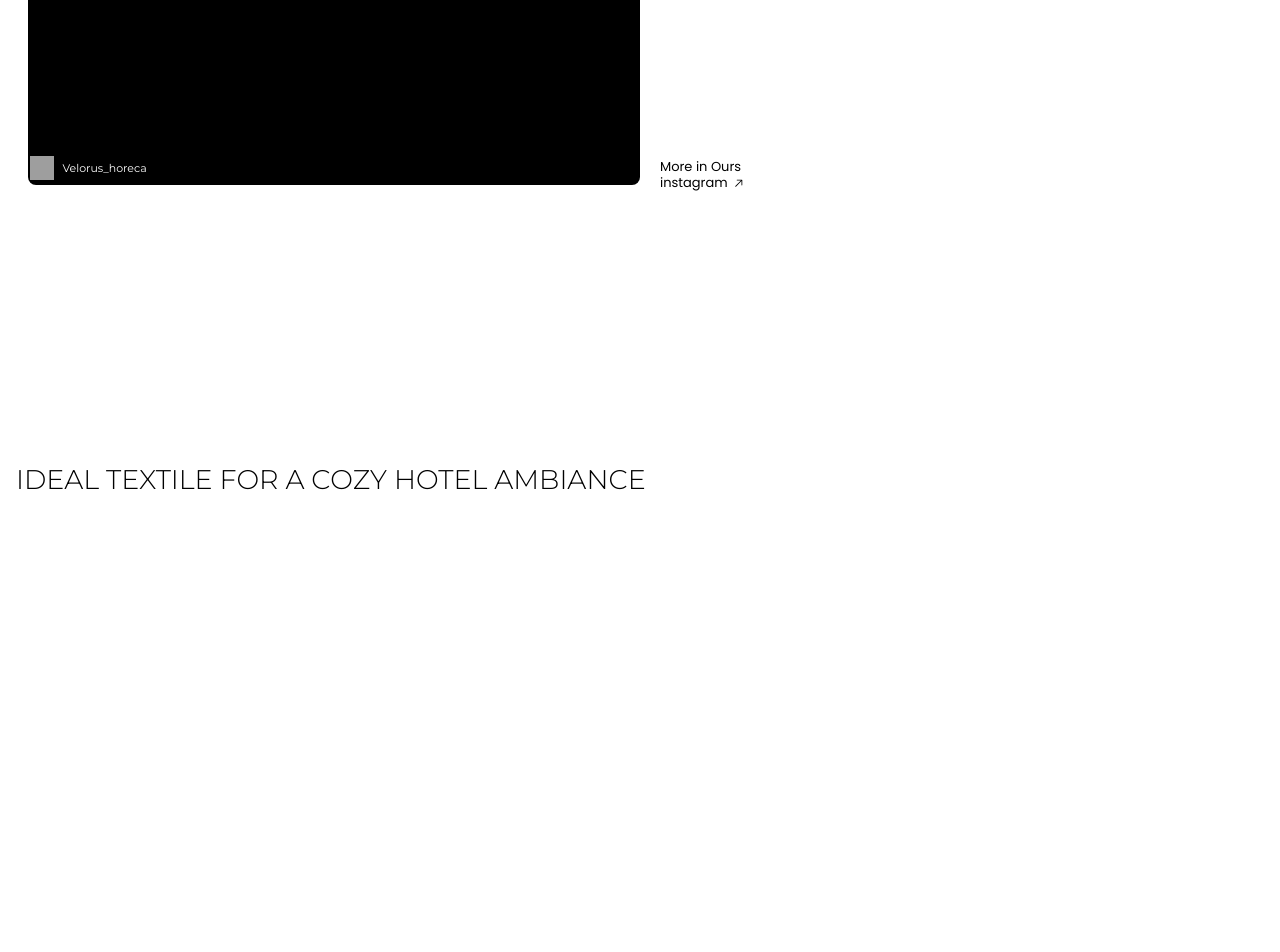
Repository: nikhilsinghrathore1/Shery_02
Page: /
The author's editor kept a copy of each file at every save. The page is drawn from the files as they stood at one save, then again after the next save.
The browser window is 1280 px wide. The pictures show the part of the page from y = 3284 to 4236 px (the page is 5544 px tall).
Pictures or frames that could not be fetched are drawn as grey boxes. The project was rebuilt for these pictures with package versions that can differ from the ones it lists, and the page was loaded fresh each time. Also part of the build but not shown: vite.config.js.

Above is the page before, as saved 2024-07-18 03:06:45.

### src/App.jsx
import { useState } from 'react'
import reactLogo from './assets/react.svg'
import viteLogo from '/vite.svg'
import './App.css'
import Landing from './pages/Landing'

function App() {
  const [count, setCount] = useState(0)

  return (
    <>
      <Landing/>
    </>
  )
}

export default App

### src/App.css
@font-face {
  font-family: font1;
  src: url("../public/6624dc4c3f39ffabcd0dc162_Montserrat-VariableFont_wght.ttf");
}
@font-face {
  font-family: font2;
  src: url("../public/CircularXXWeb-Book\ \(1\).ttf");
}
@font-face {
  font-family: font3;
  src: url("../public/JTUQjIg1_i6t8kCHKm459WxRyS7m0dR9pA.ttf");
}
@font-face {
  font-family: font4;
  src: url("../public/JTUSjIg1_i6t8kCHKm459WlhyyTh89Y.ttf");
}
@font-face {
  font-family: font5;
  src: url("../public/pxiEyp8kv8JHgFVrJJfecnFHGPc.ttf");
}

.f1{
  font-family: font1;
}
.f2{
  font-family: font2;
}
.f3{
  font-family: font3;
}
.f4{
  font-family: font4;
}
.f5{
  font-family: font5;
}

### src/pages/Landing.jsx
import React from 'react'
import MoreInsta from '../components/MoreInsta'
import Nav from '../components/Nav'
import SingleHero from '../components/SingleHero'
import VideoCont from '../components/VideoCont'

const Landing = () => {
  return (
    <div className='w-full overflow-hidden'>
               {/* this is the first image gallery part */}
               <div className='w-full h-[400vh] relative '>
               <Nav/>
               <SingleHero img={"https://cdn.prod.website-files.com/6613fb0aff6a7761bf9a817d/66267f01781250e3c4f8ed19_hero-01-p-1080.webp"} text={"hotel"}/>
               <SingleHero img={"https://cdn.prod.website-files.com/6613fb0aff6a7761bf9a817d/66267f00e43626f944ce0076_hero-02-p-1080.webp"} text={"restaurant"}/>
               <SingleHero img={"https://cdn.prod.website-files.com/6613fb0aff6a7761bf9a817d/66267f011d36d94902bbbcd3_hero-03-p-1080.webp"} text={"catering"}/>
               <SingleHero img={"https://cdn.prod.website-files.com/6613fb0aff6a7761bf9a817d/66267f0015a49ebd0cb05e50_hero-04-p-1080.webp"} text={"+automative"}/>
               </div>

               {/* this is the second text wala part  */}

               <div className='w-full  h-[120vh] px-4 pt-32 leading-[42px]'>
                              {/* this is the variable weight text */}
                              <div className='w-full f4 text-[32px] font-semibold text-black uppercase h-fit'>
                                             <p><span className='pl-44'>full</span> responsibility from project to implementation.</p>
                              </div>

                              <div className='f4 text-[13px] font-semibold mt-10 leading-none'>
                                             <p>More about us</p>
                                             <p className='mt-3 leading-[16px] font-semibold'>The textile production Velours HoReCa was founded in Lviv in 2005. <span className='opacity-60'>Our activity is focused on professionally outfitting the interiors of hotels, restaurants, cafes, and bars with textile products.</span></p>
                              </div>

                              <div className='w-full flex h-[50vh] mt-12 '>
                                             <div className='w-1/2 h-full flex justify-end pt-3'>
                                                            <VideoCont/>
                                             </div>
                                             <div className='w-1/2 h-full flex flex-col justify-between pl-3 pb-16 f5 font-light'>

                                                            <div className='w-full leading-[17px]  text-[13px]'>
                                                                           <p>With extensive experience in the Horeca sector - 18 years </p>
                                                                           <p className='opacity-70'>[as of 2024]</p>

                                                                           <div className='border-y-[1px] border-black/20 py-1 mt-3'>
                                                                                          <p>We offer both warranty and post-warranty servicing.</p>
                                                                           </div>
                                                            </div>

                                                            <div className='f4 pl-2'>
                                                                           <MoreInsta/>
                                                            </div>



                                             </div>
                              </div>
               </div>

               <div className='w-full h-[250vh] px-4'>
                              <div className=' uppercase text-[27px] w-[75%] f1 font-light '>
                                             <p>ideal textile for a cozy hotel ambiance</p>
                              </div>
               </div>


    </div>
  )
}

export default Landing

### src/components/MoreInsta.jsx
import React from 'react'
import { GoArrowUpRight } from "react-icons/go";

const MoreInsta = () => {
  return (
    <div className=' leading-[16px] text-[13px] text-black f5 font-light'>
               <p>More in Ours</p>
               <p className='flex items-center gap-1'>instagram <span><GoArrowUpRight/></span></p>
    </div>
  )
}

export default MoreInsta

### src/components/Nav.jsx
import React from 'react'

const Nav = () => {
  return (
    <div className='w-full h-[100vh]  fixed text-white flex flex-col justify-between z-40 top-0'>
        <div className=' flex items-center justify-center pt-7'>

               <div className='flex  flex-col items-center justify-center leading-[18px]'>
                              <h1 className='text-[24px] f1'>Velorus</h1>
                              <h2 className='text-[10px] f1 '>HoReCa</h2>
               </div>
        </div>

        {/* this is the menu bar kinda thingy */}
        <div className='w-full h-[10vh]  px-3  '>

          <div className='w-full h-[65%] bg-black rounded-md flex justify-between px-[2px]'>
            <div className='w-[18%] h-full bg-white flex items-center justify-center overflow-hidden rounded-md'>
              <img className='w-[90%] h-[90%] object-cover' src="https://cdn.prod.website-files.com/6613fb0aff6a7761bf9a817d/6624b9bbba2e8daa37ae2e54_download-img-02.webp" alt="not showing" />
            </div>

            <div className='w-[57%] h-full text-[13px] text-white leading-[16px] f2 flex items-center justify-center'>
              <p>Download our Brochour on services in the HoReCa industry</p>
            </div>


            <div className='w-[15%] h-full bg-white flex items-center justify-center overflow-hidden rounded-md'>
              <img className='w-[80%] h-[80%] object-cover' src="https://cdn.prod.website-files.com/6613fb0aff6a7761bf9a817d/6624bdfbd80898e1c3060de1_download-icon.webp" alt="not showing" />
            </div>
          </div>





        </div>

    </div>
  )
}

export default Nav

### src/components/SingleHero.jsx
import React from 'react'

const SingleHero = ({img , text}) => {
  return (
    <div className='w-full h-[100vh] relative'>
               <div className='absolute bg-black/10 flex items-center justify-center w-full h-full top-0'>
                              <h1 className='uppercase text-[44px] f4 font-bold tracking-wider text-white'>{text}</h1>
               </div>
               <img className='w-full h-full object-cover' src={img} alt="not showing" />
    </div>
  )
}

export default SingleHero

### src/components/VideoCont.jsx
import React from 'react'

const VideoCont = () => {
  return (
    <div className='w-[98%] h-[80%] bg-black rounded-lg pt-[3px] px-[2px] '>
               <div className='w-full h-[87%] overflow-hidden rounded-lg'>
                              <video autoPlay muted loop className='w-full h-full object-cover' src="https://s3.amazonaws.com/webflow-prod-assets/6613fb0aff6a7761bf9a817d/663bcfe77765a0f1702b036f_insta-3.mp4"></video>
               </div>
               <div className='w-full text-white text-[11px] f1 h-[13%] pt-1 flex items-center pb-[2px] gap-2'>
                              <img className='w-[24px] h-[24px] object-cover' src="https://cdn.prod.website-files.com/6613fb0aff6a7761bf9a817d/663bcbd3012e5e6821be914c_logo-horeca.png" alt="not showing" />
                              <p>Velorus_horeca</p>
               </div>
    </div>
  )
}

export default VideoCont

Loaded but not shown: index.html (common file); src/main.jsx (common file); src/index.css (common file); tailwind.config.js (common file)

After the next save:
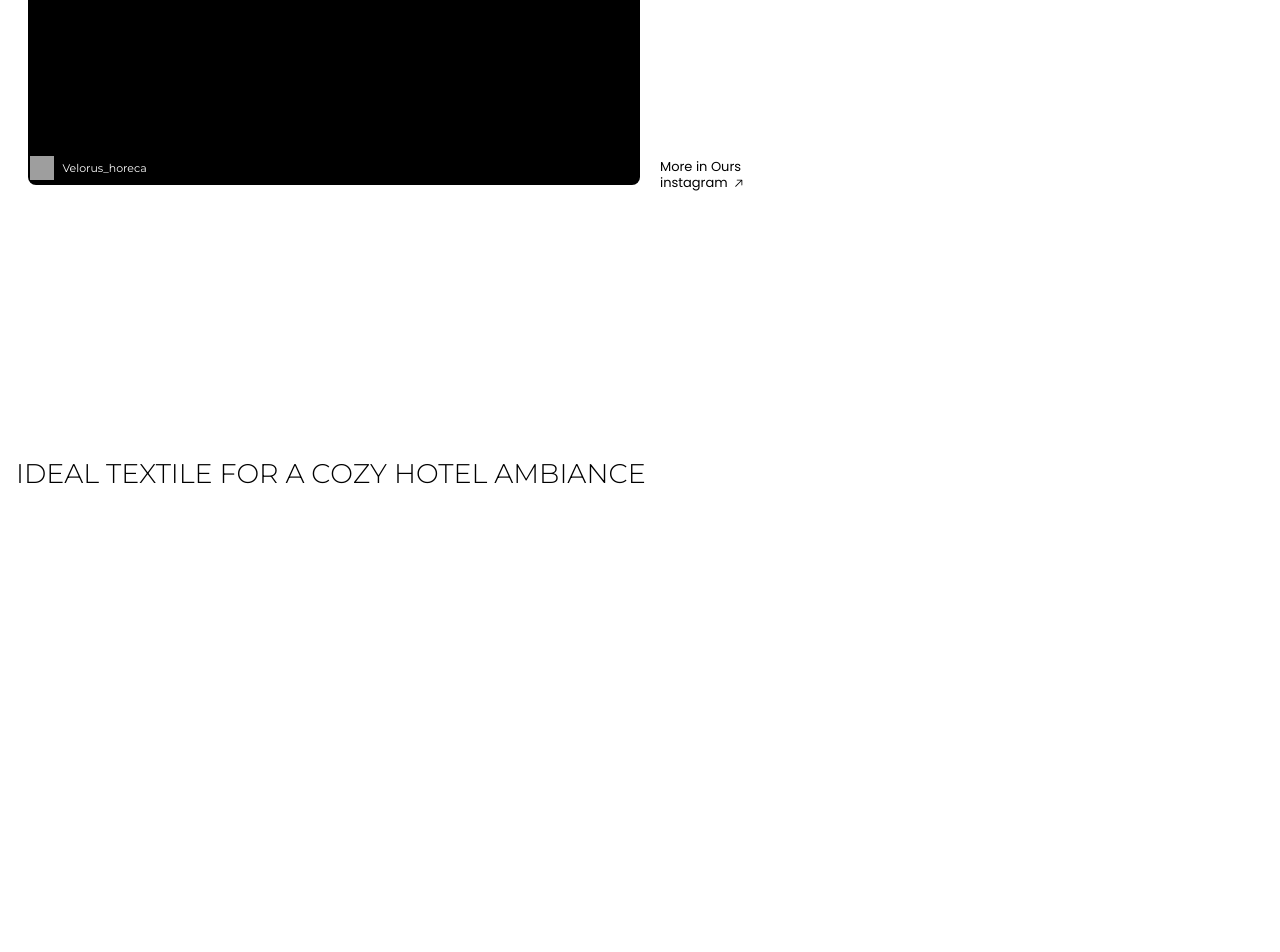
Saved 9 s later.
--- a/src/pages/Landing.jsx
+++ b/src/pages/Landing.jsx
@@ -55,7 +55,7 @@ const Landing = () => {
                </div>
 
                <div className='w-full h-[250vh] px-4'>
-                              <div className=' uppercase text-[27px] w-[75%] f1 font-light '>
+                              <div className=' uppercase text-[27px] w-[75%] leading-none f1 font-light '>
                                              <p>ideal textile for a cozy hotel ambiance</p>
                               </div>
                </div>
